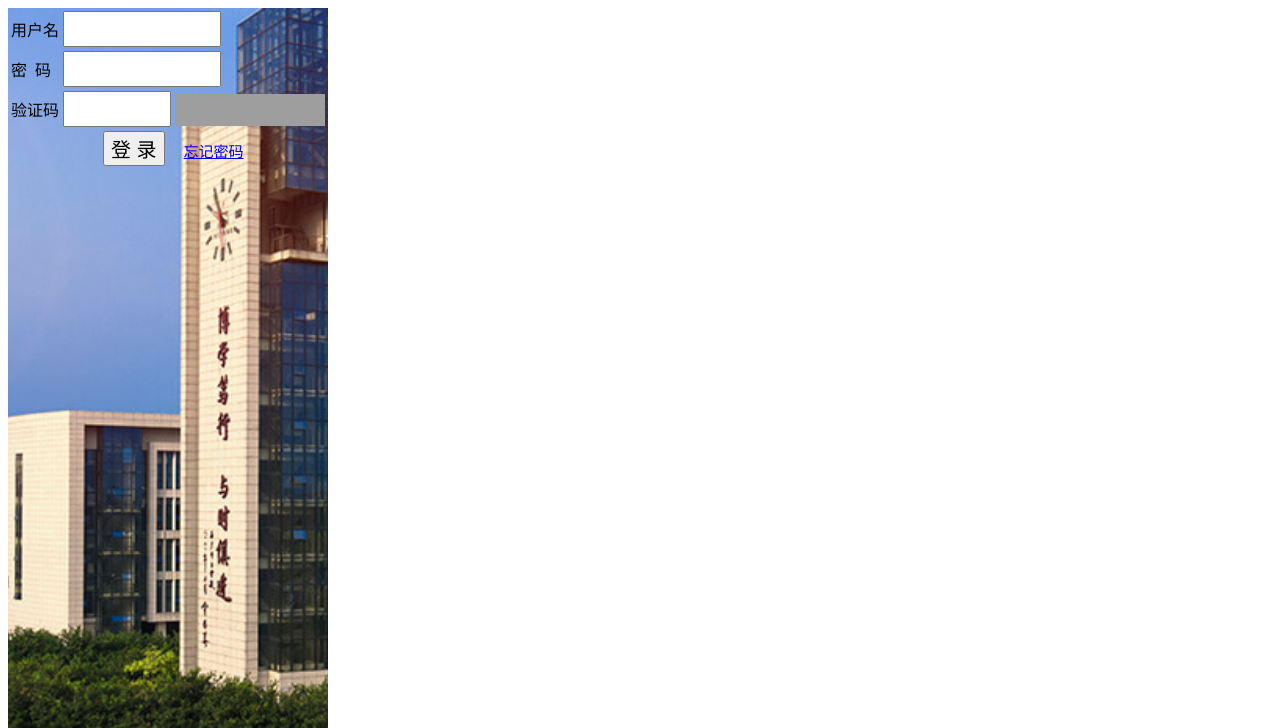
Repository: IAmJiangWenHao/ReportServer
Page: demo.html
These files come from the project's save history. The page is drawn as it stood at one moment and after the next save; the edit follows.
The browser window is 1280 px wide. The pictures show the whole page.
Pictures or frames that could not be fetched are drawn as grey boxes.

Above is the page before, as saved 2023-05-16 11:57:31.

### demo.html
<!DOCTYPE html>
<html>
  <head>
    <meta http-equiv="Content-Type" content="text/html; charset=UTF-8">
    <title>登录</title>
  </head>
  <body>
    <style>
      dfv{
        height:100vh;
        position: absolute;
        background-image: url('./web/img/gzdx-bg.jpg');
  background-size: cover;
  background-position: center;
      }
    </style>

    <script type="text/javascript"> //这里是JavaScript
      window.onload = function () {
        document.getElementById("img").onclick = function () {
          /*document.getElementById()通过元素的id来获取元素，
           .getElementById("img")先获取"img" 元素；
           然后.onclick()，点击触发一个事件，这个事件发生会执行funciton()函数。
           目的:点击id为img的页面元素时会触发funciton函数。生成验证码*/
          this.src = "CheckcodeServlet?time" + new Date().getTime();
          //new Date().getTime()增加时间戳来更换验证码图片
        };
      };

    </script>
    <script type="text/javascript">
    //检查输入是否为空
      function Check() {
        const username = document.form1.username.value;
        const password = document.form1.password.value;
        const checkcode = document.form1.checkcode.value;

        if (!username) {
          alert("用户名不能为空！");
          document.form1.username.focus();
          return false;
        }

        if (!password) {
          alert("密码不能为空！");
          document.form1.password.focus();
          return false;
        }

        if (!checkcode) {
          alert("验证码不能为空！");
          document.form1.checkcode.focus();
          return false;
        }

        return true;
      }
    </script>

  <dfv>
 <form action="LoginServlet" method="post" name="form1" onSubmit="return Check()">
        <!-- form属性action="LoginServlet"中，LoginServlet待后续实现，用于处理请求-->
        <table>

          <tr>
            <td>用户名</td>
            <td><input style="width:150px;height:30px;" type="text" name="username" size="20"></td>
          </tr>
          <tr>
            <td>密&nbsp;&nbsp;码</td>
            <td><input style="width: 150px;height:30px;" type="password" name="password" size="20"></td>
          </tr>
          <tr>
            <td>验证码</td>
            <td><input style="width: 100px;height:30px;" type="text" name="checkcode" size="15">
              <img style="width:150px;height:32px;" id="img" src="CheckcodeServlet"  alt="[验证码待续]" align="center">
              <!-- id为img的页面元素,显示验证码图像；src="CheckcodeServlet"中，CheckcodeServlet待后续实现-->
            </td>
          </tr>
          <tr><td></td>
            <td><input style="margin-left:40px;font-size:20px;" type="submit" value="登&nbsp;录">
              <font style="font-size:15px">&nbsp;&nbsp;&nbsp;&nbsp;<a href="forgetPassword.jsp">忘记密码 </a> </font></td>
          </tr>
        </table>
      </form>
    </div>
  </body>
</html>

After the next save:
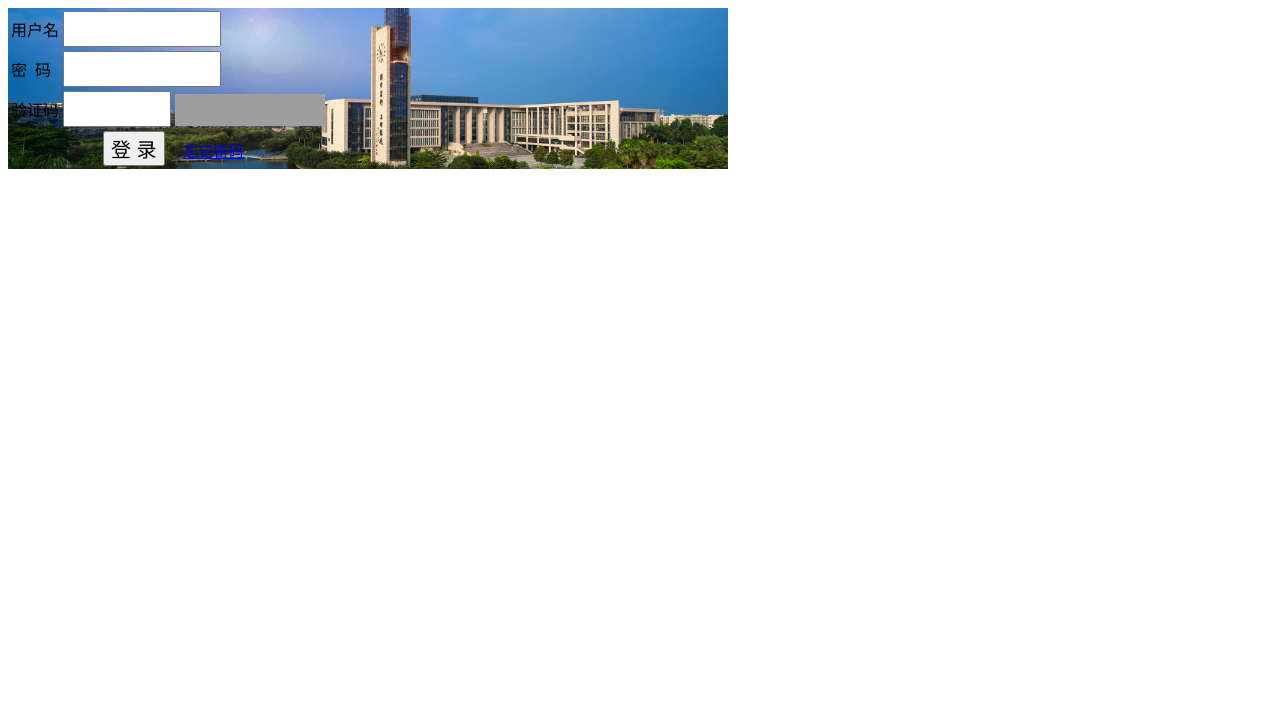
Saved 10 s later.
--- a/demo.html
+++ b/demo.html
@@ -7,7 +7,7 @@
   <body>
     <style>
       dfv{
-        height:100vh;
+        width:100vh;
         position: absolute;
         background-image: url('./web/img/gzdx-bg.jpg');
   background-size: cover;
